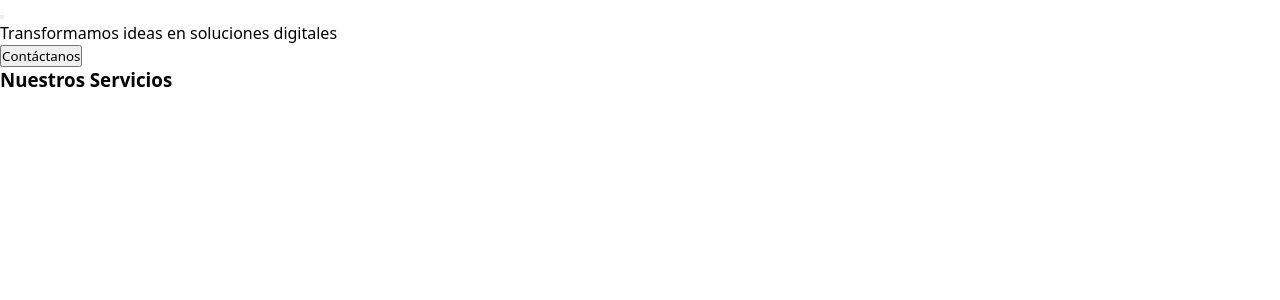
Repository: santinogarrone/TrabajoAgustin
Page: html/index.html
These files come from the project's save history. The page is drawn as it stood at one moment and after the next save; the edit follows.
The browser window is 1280 px wide. The pictures show the whole page.

Above is the page before, as saved 2025-04-24 18:41:50.

### html/index.html
<!DOCTYPE html>
<html lang="en">
<head>
    <meta charset="UTF-8">
    <meta name="viewport" content="width=device-width, initial-scale=1.0">
    <link rel="stylesheet" href="../css/style.css">
    <title>Página de Agustin</title>
</head>
<body>
    <header>
        <nav class="nav-bar">
            <div class="cuadrado-violeta">

            </div>


            <button class="menu" aria-label="menu">
                <span class="menu-linea"></span>
                <span class="menu-linea"></span>
                <span class="menu-linea"></span>
            </button>
        </nav>
    </header>

    <section class="main-contact">
        <div class="contacto">
            <p>Transformamos ideas en soluciones digitales</p>

            <button class="boton-contactar">
                Contáctanos
            </button>
        </div>

    </section>

    <section class="servicios">
        <h3>Nuestros Servicios</h3>

        <div class="card">
            <h4></h4>
        </div>
    </section>

</body>
</html>

### css/style.css
@import url(./global.css);

*{
    margin: 0;
    padding: 0;
    box-sizing: border-box;
    font-family: var(--font-family);
}



@media (375px >= width) {

    body{
        background-color: var(--fondo-color)
    }

    header{
        background-color: var(--superficie-dos);
        position: sticky;
    }
    .cuadrado-violeta{
        display: block;
        width: 65px;
        height: 40px;
        background-color: var(--primary-color);
        border-radius: 6px;
        margin-left: 20px;
    }

    .menu{
        width: 30px;
        height: 30px;
        background: transparent;
        display: flex;
        flex-direction: column;
        gap: 4px;
        height: fit-content;
        border: none;
    }

    .menu-linea{
        width: 100%;
        height: 4px;
        background-color: var(--texto-color);
        border: none;
        border-radius: 4px;

    }

    .nav-bar{
        display: flex;
        justify-content: space-between;
        align-items: center;
        padding: 5px 16px;
        position: sticky;
        top: 0;
    }
    .nav-bar img{
        width: 60px;
        margin-right: 20px;
    }

    .main-contact{
        display: flex;
        padding: 20px;
        display: flex;
        justify-content: center;
        align-items: center;
    }

    .contacto{
        width: 400px;
        height: 200px;
        padding: 10px;
        background-color: var(--primary-color);
        border-radius: 10px;
        color: var(--texto-color);
    }

    .contacto p{
        display: flex;
        justify-content: center;
        align-items: center;
        text-align: center;
        font-size: 20px;
        margin-top: 15px;
        font-weight: bold;
    }

    .boton-contactar{
        display: block;
        margin: 0 auto;
        margin-top: 15px;
        padding: 5px 20px;
        color: var(--primary-claro);
        background-color: var(--fondo-color);
        border-radius: 6px;
    }
}

### css/global.css
:root{
    --primary-color : #6d28d9;
    --primary-claro : #8b5cf6;
    --secundary-color : #10b981;
    --acento-color : #f5930b;
    --fondo-color : #121212;
    --superficie-color : #1e1e1e;
    --superficie-dos : #2d2d2d;

    --texto-color : #fff;
    --font-family : 'system-ui'
}

After the next save:
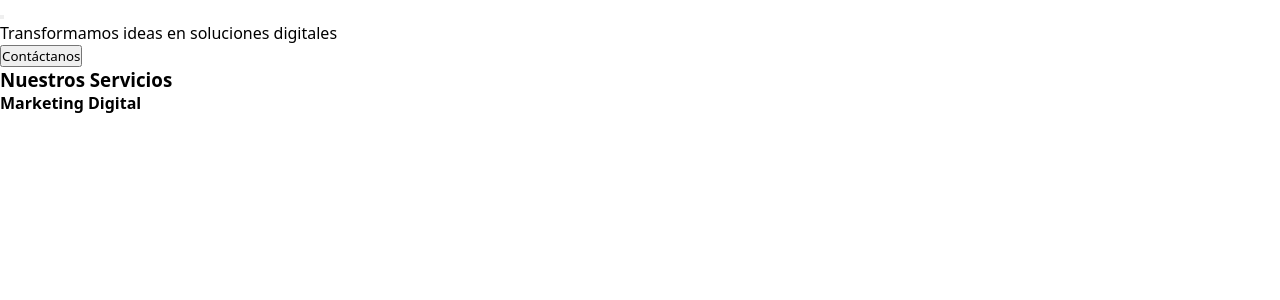
Saved 6 s later.
--- a/html/index.html
+++ b/html/index.html
@@ -37,7 +37,7 @@
         <h3>Nuestros Servicios</h3>
 
         <div class="card">
-            <h4></h4>
+            <h4>Marketing Digital</h4>
         </div>
     </section>
 
